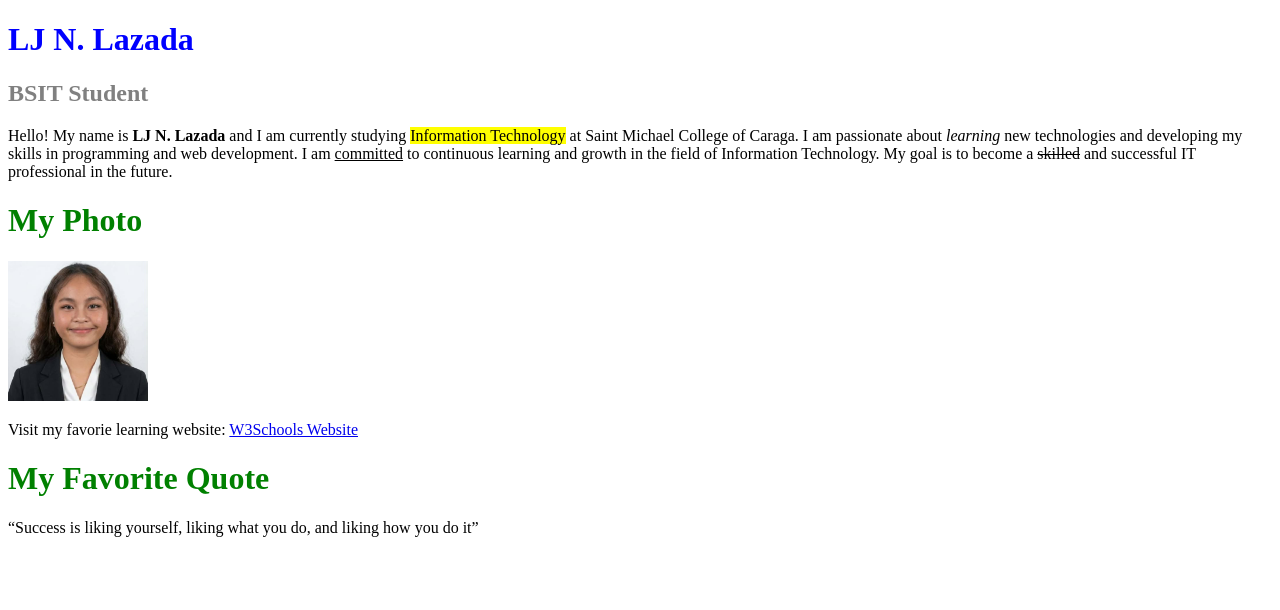
Repository: ljlazada11/myfirsthtml
Page: index.html
These files come from the project's save history. The page is drawn as it stood at one moment and after the next save; the edit follows.
The browser window is 1280 px wide. The pictures show the whole page.

Above is the page before, as saved 2026-06-24 19:41:06.

### index.html
<!DOCTYPE html>
<html lang="en">
<head>
    <meta charset="UTF-8">
    <meta name="viewport" content="width=device-width, initial-scale=1.0">
    <title>My Personal Web Profile</title>
    <link rel="icon" type="image/x-icon" href="images.png">

</head>
<body>
    <h1 style="color:blue;">LJ N. Lazada</h1>
    <h2 style="color:gray;">BSIT Student</h2>
    <p>Hello! My name is <strong>LJ N. Lazada</strong> and I am currently studying <mark>Information Technology</mark> at Saint Michael College of Caraga. I am passionate about <i>learning</i> new technologies and developing my skills in programming and web development. I am <ins>committed</ins> to continuous learning and growth in the field of Information Technology. My goal is to become a <del>skilled</del> and successful IT professional in the future.</p>
</body>
    <h1 style="color:green;">My Photo</h1>
    <img src="pic.jpg" alt="My	Profile	Picture" width="140" height="140">
    <p> Visit my favorie learning website: <a href="https://www.w3schools.com/html/default.asp" target="_blank">W3Schools	Website</a></p>

    <body>
    <h1 style="color:green;">My Favorite Quote</h1>
            <p> <q>Success is liking yourself, liking what you do, and liking how you do it</q></p>
 <p><cite></cite></p>
    </body>
</html>

After the next save:
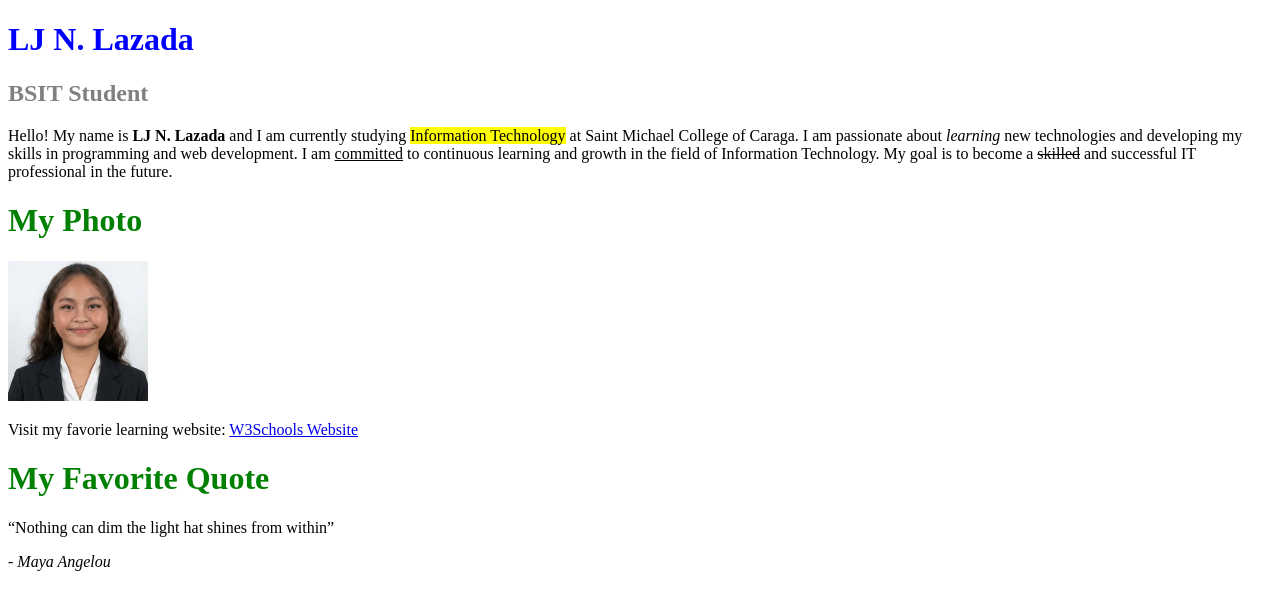
Saved 119 s later.
--- a/index.html
+++ b/index.html
@@ -18,7 +18,7 @@
 
     <body>
     <h1 style="color:green;">My Favorite Quote</h1>
-            <p> <q>Success is liking yourself, liking what you do, and liking how you do it</q></p>
- <p><cite></cite></p>
+            <p> <q>Nothing can dim the light hat shines from within</q></p>
+ <p><cite>- Maya Angelou</cite></p>
     </body>
 </html>
